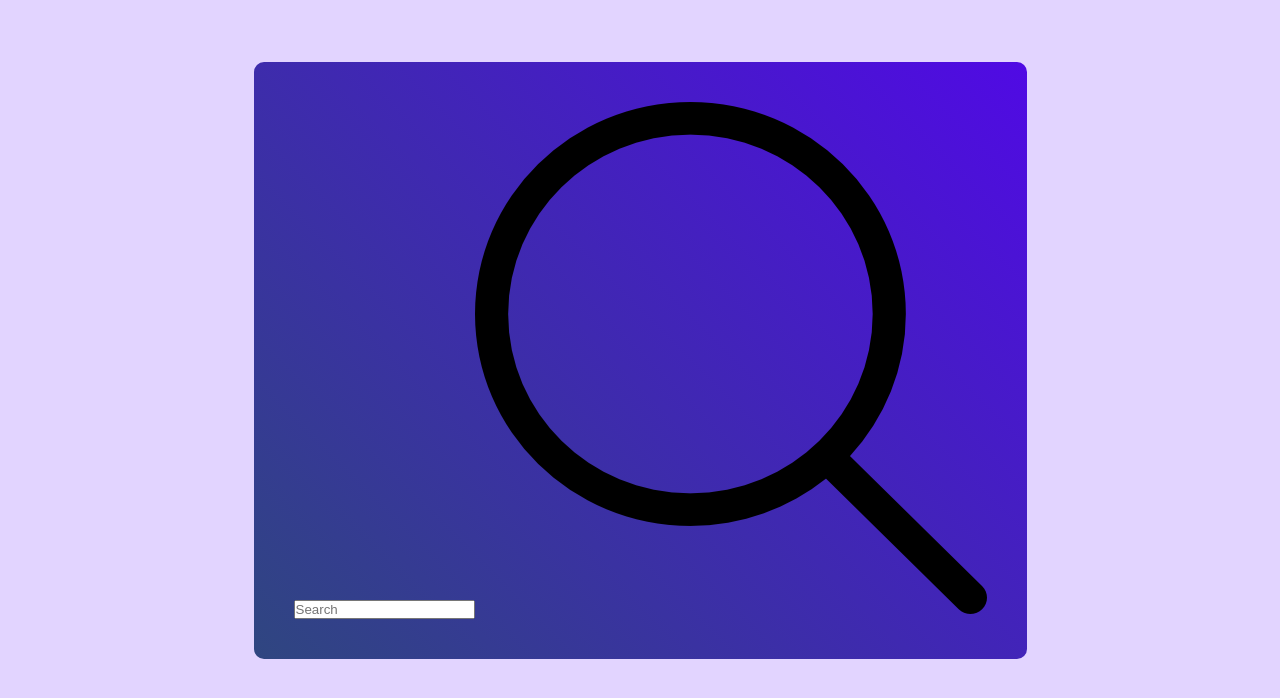
Repository: wakoya-tech/wheather-app
Page: /
An editor plug-in stored every save of this project. The page is shown before and after the next save, followed by the edit.
The browser window is 1280 px wide. The pictures show the whole page.
The project was rebuilt for these pictures with package versions that can differ from the ones it lists, and the page was loaded fresh each time. Also part of the build but not shown: vite.config.js, src/App.css.

Above is the page before, as saved 2025-10-18 00:10:06.

### index.html
<!DOCTYPE html>
<html lang="en">
  <head>
    <meta charset="UTF-8" />
    <link rel="icon" type="image/svg+xml" href="/vite.svg" />
    <meta name="viewport" content="width=device-width, initial-scale=1.0" />
    <title>Weather App - wakoCode</title>
  </head>
  <body>
    <div id="root"></div>
    <script type="module" src="/src/main.jsx"></script>
  </body>
</html>

### src/App.jsx
import { useState } from 'react'
import Weather from './Components/Weather'

import './App.css'

function App() {
 return(
 <div className='App'>

<Weather/>

 </div>

 )

}

export default App

### src/index.css

*{
    margin: 0;
    padding: 0;
    box-sizing: border-box;
    font-family: "poppins",sans-serif;
}
.App {
    min-height: 100vh;
    display: grid;
    background: #e2d4ff;
}

### src/Components/Weather.jsx
import React from 'react';
import './Weather.css';
import search_icon from '../assets/Search.png';

function Weather() {
  return (
    <div className='weather'>
      <div className="search-bar">
        <input type="text" placeholder='Search' />
        <img className='img' src={search_icon} alt="Search" />
      </div>
    </div>
  );
}

export default Weather;

### src/Components/Weather.css
.weather{
place-self: center;
padding: 40px;
border-radius: 10px;
background-image: linear-gradient(45deg,#2f4680,#500ae4);
display: flex;
flex-direction: column;
align-items: center;
}

Loaded but not shown: src/main.jsx (common file)

After the next save:
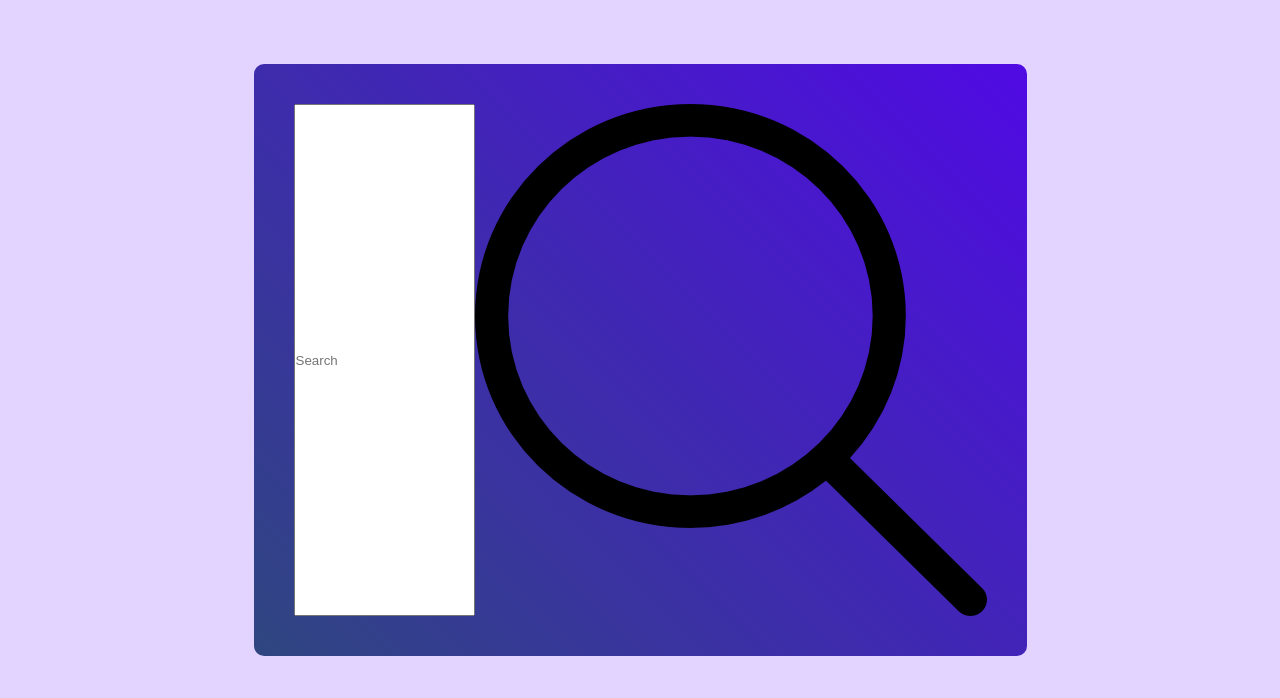
Saved 2 min 12 s later.
--- a/src/Components/Weather.css
+++ b/src/Components/Weather.css
@@ -7,3 +7,6 @@ display: flex;
 flex-direction: column;
 align-items: center;
 }
+.search-bar{
+    display: flex;
+}
